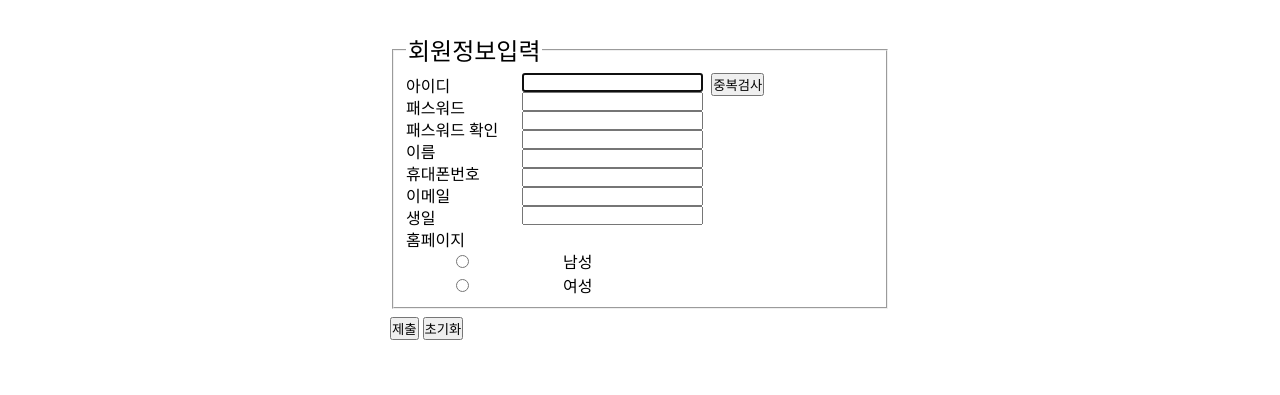
Repository: saysang22/servlet
Page: http://localhost/BookMarket/validationExample.jsp
The author's editor kept a copy of each file at every save. The page is drawn from the files as they stood at one save, then again after the next save.
The browser window is 1280 px wide. The pictures show the whole page.
The page is served by Tomcat 10. Other server files are loaded and not shown.

Above is the page before, as saved 2024-05-31 08:14:06.

### BookMarket/src/main/webapp/validationExample.jsp
<%@ page language="java" contentType="text/html; charset=UTF-8"
    pageEncoding="UTF-8"%>
<!DOCTYPE html>
<html>
<head>
<meta charset="UTF-8">
<title>유효성 검사</title>
<link rel="stylesheet" href="./resources/css/validationExample.css"></link>
</head>
<body onload="signUp.id.focus()">
	<form method="post" action="#" name="signUp">
		<fieldset>
			<legend>회원정보입력</legend>
			<div class="wrap">
				<ul class="firstUl">
					<li><label for="id">아이디</label></li>
					<li><label for="passwd">패스워드</label></li>
					<li><label for="passwdCk">패스워드 확인</label></li>
					<li><label for="name">이름</label></li>
					<li><label for="tel">휴대폰번호</label></li>
					<li><label for="email">이메일</label></li>
					<li><label for="birth">생일</label></li>
					<li><label for="home">홈페이지</label></li>
				</ul>
				<ul class="lastUl">
					<li><input type="text" name="id" id="id"></li>
					<li><input type="text" name="passwd" id="passwd"></li>
					<li><input type="text" name ="passwdCk" id="passwdCk"></li>
					<li><input type="text" name="name" id="name"></li>
					<li><input type="text" name="tel" id="tel"></li>
					<li><input type="text" name="email" id="email"></li>
					<li><input type="text" name="birth" id="birth"></li>
					<li><input type="text" name="home" id="home"></li>
				</ul>
				<div class="idCkWrap">
					<input type="button" value="중복검사">
				</div>
			</div>
			<div class="radioWrap">
				<ul>
					<li>
						<input type="radio" name="gender" id="man" >
						<label for="man" class="label">남성</label>
					</li>
					<li>
						<input type="radio" name="gender" id="woman">
						<label for="woman" class="label">여성</label>
					</li>
				</ul>
			</div>
		</fieldset>
		<div class="buttonWrap">
			<input type="button" value="제출">
			<input type="reset" value="초기화">
		</div>
	</form>
</body>
</html>

### BookMarket/src/main/webapp/resources/css/validationExample.css
@charset "UTF-8";

form {
	width: 500px;
	margin: 2rem auto 0;
}

legend {
	font-size: 1.5rem;
}

input,
lable {
	padding: 0;
	margin: 0;
}

ul {
	list-style: none;
	padding: 0;
	margin: 0;

}

.wrap {
	display: flex;

}

.firstUl li{
	height: 22px;

}

.lastUl {
	margin: 0 0 0 1.5rem;
}

.idCkWrap {
	margin: 0 0 0 .5rem;

}

.radioWrap ul {
	display: flex;
	flex-direction: column;
	margin: 0 0 0 50px;
	width: 150px;

}

.label {
	margin: 0 0 0 90px
}

.buttonWrap {
	margin: .5rem 0 0 0;
}

After the next save:
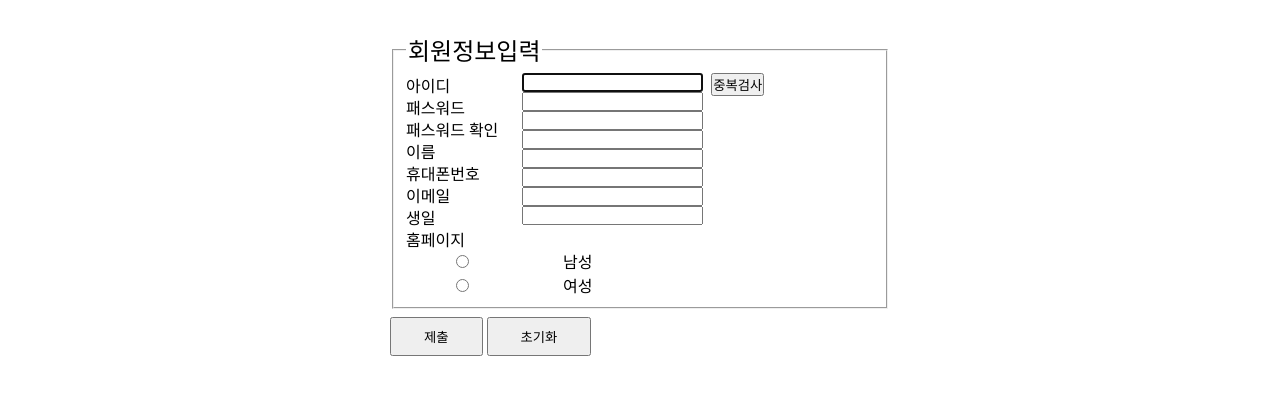
Saved 30 s later.
--- a/BookMarket/src/main/webapp/resources/css/validationExample.css
+++ b/BookMarket/src/main/webapp/resources/css/validationExample.css
@@ -56,3 +56,7 @@ ul {
 .buttonWrap {
 	margin: .5rem 0 0 0;
 }
+
+.buttonWrap input {
+	padding: .5rem 2rem;
+}
